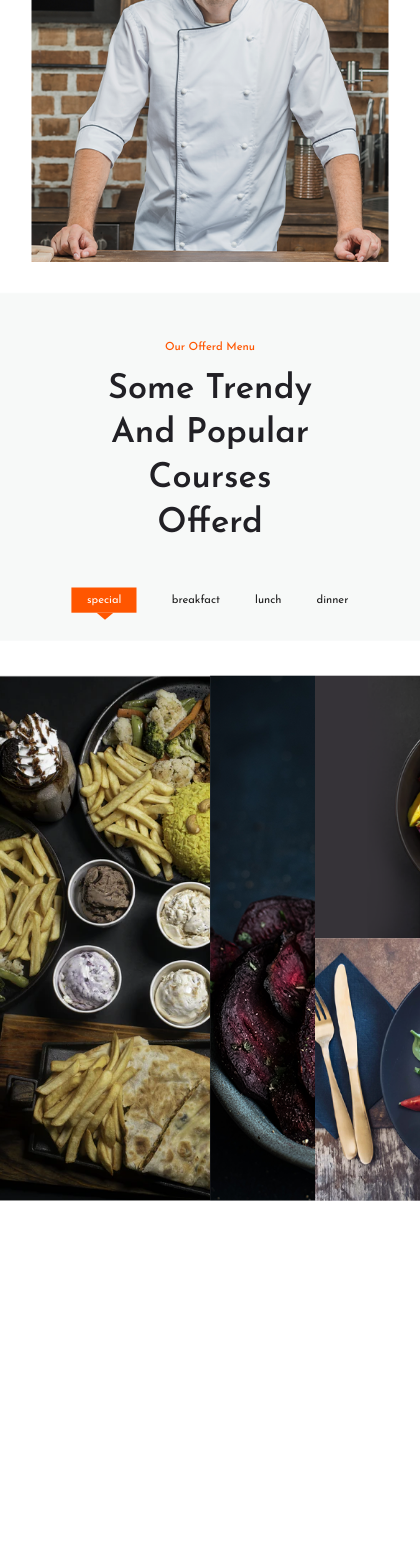
Repository: Ebtehal18/food
Page: index.html
An editor plug-in stored every save of this project. The page is shown before and after the next save, followed by the edit.
The browser window is 600 px wide. The pictures show the part of the page from y = 1456 to 3696 px (the page is 10000 px tall), at 70% of full size.

Above is the page before, as saved 2024-01-18 17:59:30.

After the next save:
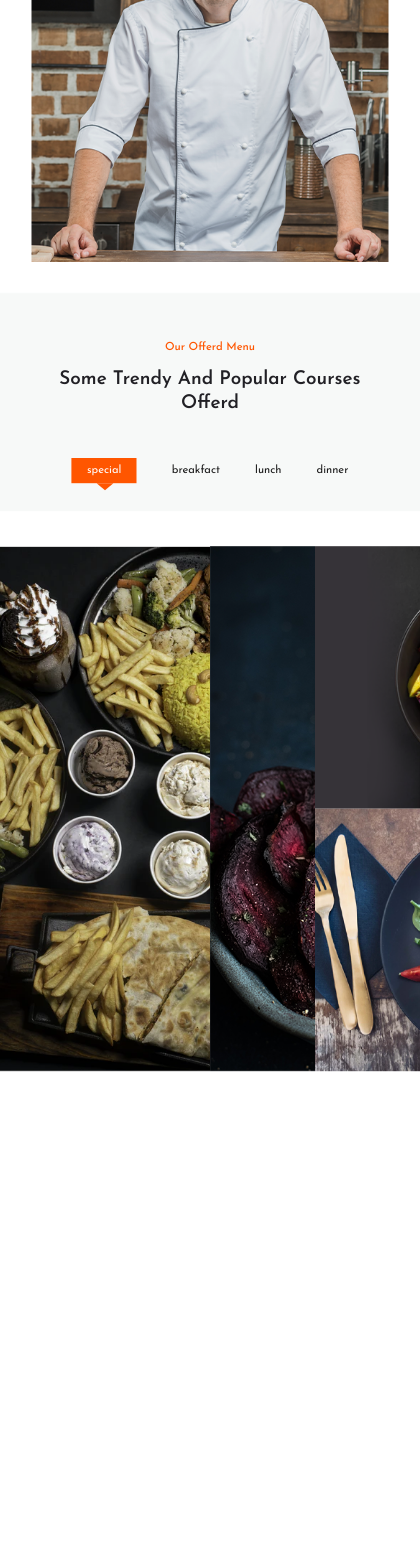
Saved 9 s later.
--- a/asessets/css/style.css
+++ b/asessets/css/style.css
@@ -591,7 +591,7 @@ margin-bottom: 20px;
   min-height: 375px;
 }
 @media (max-width:767px) {
-   h2 {
+  .menu .menu-heading h2 {
     width: 100%;
     font-size: 27px;
   }
